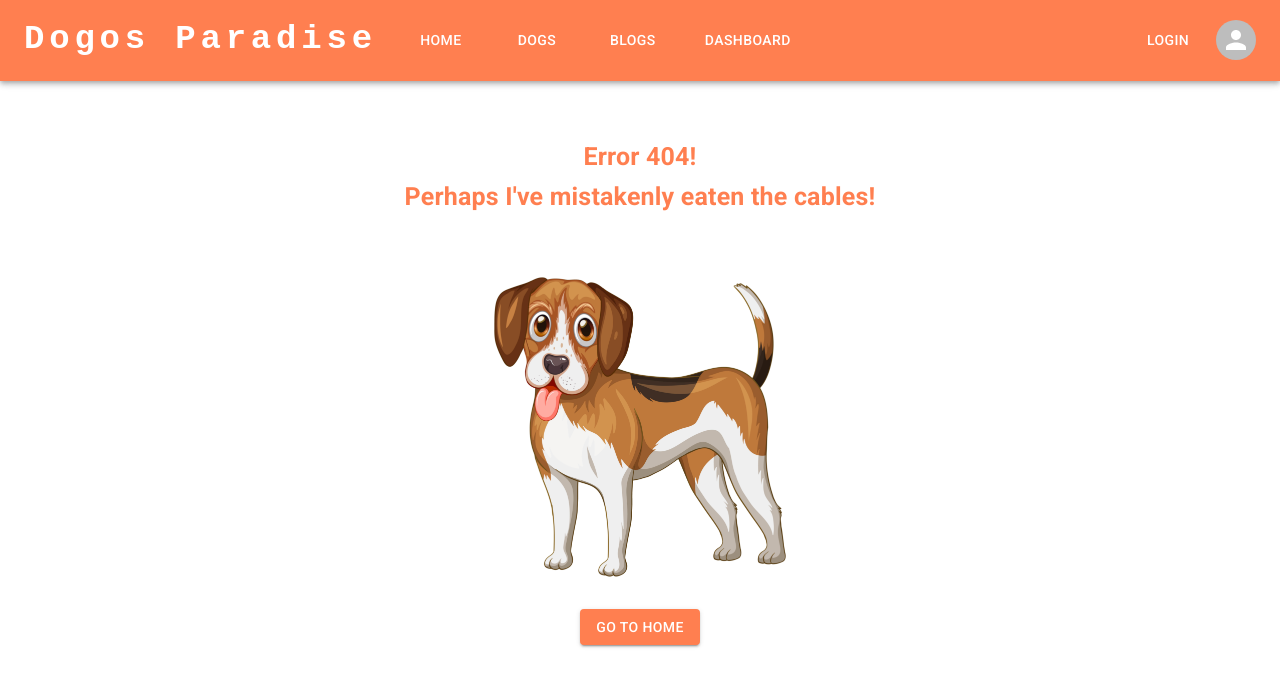
Repository: Sharif-00112/dogos-paradise-client
Page: /breeding
An editor plug-in stored every save of this project. The page is shown before and after the next save, followed by the edit.
The browser window is 1280 px wide. The pictures show the whole page.
The project was rebuilt for these pictures with package versions that can differ from the ones it lists, and the page was loaded fresh each time. Also part of the build but not shown: src/Pages/Shared/Footer/Footer.js, src/Pages/Home/About/About.js, src/Pages/Home/Banner/Banner.js, src/Pages/Home/Blogs/Blogs.js, src/Pages/Home/Contact/Contact.js, src/Pages/Home/CustomerReviews/CustomerReviews.js, src/Pages/Home/Dog/Dog.js, src/Pages/Home/Dogs/Dogs.js and 4 more.

Above is the page before, as saved 2022-12-05 23:42:03.

### public/index.html
<!DOCTYPE html>
<html lang="en">
  <head>
    <meta charset="utf-8" />
    <link rel="icon" href="%PUBLIC_URL%/favicon.ico" />
    <meta name="viewport" content="width=device-width, initial-scale=1" />
    <meta name="theme-color" content="#000000" />
    <meta
      name="description"
      content="Web site created using create-react-app"
    />
    <link
      rel="stylesheet" href="https://fonts.googleapis.com/css?family=Roboto:300,400,500,700&display=swap"
    />

    <link rel="apple-touch-icon" href="%PUBLIC_URL%/logo192.png" />
    <!--
      manifest.json provides metadata used when your web app is installed on a
      user's mobile device or desktop. See https://developers.google.com/web/fundamentals/web-app-manifest/
    -->
    <link rel="manifest" href="%PUBLIC_URL%/manifest.json" />
    <!--
      Notice the use of %PUBLIC_URL% in the tags above.
      It will be replaced with the URL of the `public` folder during the build.
      Only files inside the `public` folder can be referenced from the HTML.

      Unlike "/favicon.ico" or "favicon.ico", "%PUBLIC_URL%/favicon.ico" will
      work correctly both with client-side routing and a non-root public URL.
      Learn how to configure a non-root public URL by running `npm run build`.
    -->
    <title>React App</title>
  </head>
  <body>
    <noscript>You need to enable JavaScript to run this app.</noscript>
    <div id="root"></div>
    <!--
      This HTML file is a template.
      If you open it directly in the browser, you will see an empty page.

      You can add webfonts, meta tags, or analytics to this file.
      The build step will place the bundled scripts into the <body> tag.

      To begin the development, run `npm start` or `yarn start`.
      To create a production bundle, use `npm run build` or `yarn build`.
    -->
  </body>
</html>

### src/App.js
import React  from 'react';
import './App.css';
import { BrowserRouter as Router, Route, Routes} from 'react-router-dom';
import Home from './Pages/Home/Home/Home';
import Login from './Pages/Login/Login/Login';
import Register from './Pages/Login/Register/Register';
import AuthProvider from './contexts/AuthProvider/AuthProvider';
// import PrivateRoute from './Pages/Login/PrivateRoute/PrivateRoute';
import NotFound from './Pages/NotFound/NotFound';
import Contact from './Pages/Home/Contact/Contact';
import Story from './Pages/Home/Story/Story';
import CustomerReviews from './Pages/Home/CustomerReviews/CustomerReviews';
import Blogs from './Pages/Home/Blogs/Blogs';
import About from './Pages/Home/About/About';
import Dogs from './Pages/Home/Dogs/Dogs';
// import Footer from './Pages/Shared/Footer/Footer';
// import Dashboard from './Pages/Dashboard/Dashboard/Dashboard';

function App() {
  return (
    <div className="App">
      <AuthProvider>
        <Router>
          <Routes>
            <Route exact path = '/' element={<Home/>}/>
            <Route exact path = '/home' element={<Home/>}/>
            <Route exact path = '/login' element={<Login/>}/>
            <Route exact path = '/register' element={<Register/>}/>
            <Route exact path = '/contact' element={<Contact/>}/>
            <Route exact path = '/dogs' element={<Dogs/>}/>
            <Route exact path = '/story' element={<Story/>}/>
            <Route exact path = '/reviews' element={<CustomerReviews/>}/>
            <Route exact path = '/blogs' element={<Blogs/>}/>
            <Route exact path = '/about' element={<About/>}/>
            {/* <Route exact path = '/appointment' element = {
              <PrivateRoute>
                <Appointment></Appointment>
              </PrivateRoute>
            }> </Route> */}
            {/* <Route path = 'dashboard/*' element = {
              <PrivateRoute>
                <Dashboard></Dashboard>
              </PrivateRoute>
            }> </Route> */}
            <Route path = '*' element={<NotFound/>}/>
          </Routes>
          {/* <Footer></Footer> */}
        </Router>
      </AuthProvider>
    </div>
  );
}

export default App;

### src/contexts/AuthProvider/AuthProvider.js
import React from 'react';
import { createContext } from 'react';
import useFirebase from '../../hooks/useFirebase';

//step-1-context
export const AuthContext = createContext();

const AuthProvider = (props) => {
    //step-3-context
    const {children} = props;

    //step-5-context
    const allContexts = useFirebase();

    return (
        //step-2-context
        <AuthContext.Provider value={allContexts}>
            {children}
        </AuthContext.Provider>
    );
};

export default AuthProvider;

### src/Pages/NotFound/NotFound.js
import React from 'react';
import Typography from '@mui/material/Typography';
import { NavLink } from 'react-router-dom';
import { Button } from '@mui/material';
import errorIMG from '../../images/dog-404-error.jpg'
import Navigation from '../Shared/Navigation/Navigation';


const NotFound = () => {
    return (
        <div>
            <Navigation></Navigation>
            <Typography sx={{ my:7, fontSize: 25, fontWeight: 600 }} style={{color: 'coral'}} variant="h6" component="div">
                Error 404!
                <br />
                Perhaps I've mistakenly eaten the cables!
            </Typography>
            <img
                style={{width: 300 }}
                src={errorIMG}
                alt="404 Page Not Found!"
            />
            <br />
            <NavLink
                style={{ textDecoration:'none' }}
                to='/'>
                <Button variant="contained" sx={{ m:3 }} style={{ backgroundColor: 'coral' }}>Go to Home</Button>
            </NavLink>
        </div>
    );
};

export default NotFound;

### src/Pages/Shared/Navigation/Navigation.js
import React from 'react';
import AppBar from '@mui/material/AppBar';
import Box from '@mui/material/Box';
import Toolbar from '@mui/material/Toolbar';
import IconButton from '@mui/material/IconButton';
import Typography from '@mui/material/Typography';
import Menu from '@mui/material/Menu';
import MenuIcon from '@mui/icons-material/Menu';
import Container from '@mui/material/Container';
import Avatar from '@mui/material/Avatar';
import Button from '@mui/material/Button';
import Tooltip from '@mui/material/Tooltip';
import MenuItem from '@mui/material/MenuItem';
import { Link, NavLink } from 'react-router-dom';
import useAuth from '../../../hooks/useAuth';

const pages = [
    <Link
        style={{ textDecoration:'none', color:'white' }}
        to = '/home'>
        <Button sx={{mx:1}} color="inherit">Home</Button>
    </Link>,
    <Link
        style={{ textDecoration:'none', color:'white' }}
        to = '/dogs'>
        <Button sx={{mx:1}} color="inherit">Dogs</Button>
    </Link>,
    <Link
        style={{ textDecoration:'none', color:'white' }}
        to = '/blogs'>
        <Button sx={{mx:1}} color="inherit">Blogs</Button>
    </Link>,
    // <Link
    //     style={{ textDecoration:'none', color:'white' }}
    //     to = '/about'>
    //     <Button sx={{mx:1}} color="inherit">About</Button>
    // </Link>,
    // <Link
    //     style={{ textDecoration:'none', color:'white' }}
    //     to = '/contact'>
    //     <Button sx={{mx:1}} color="inherit">Contact</Button>
    // </Link>,
    <Link
        style={{ textDecoration:'none', color:'white' }}
        to = '/dashboard'>
        <Button sx={{mx:1}} color="inherit">Dashboard</Button>
    </Link>,
];
const settings = [
    <Link
        // style={{ textDecoration:'none', color:'white' }}
        style={{ textDecoration:'none' }}
        to = '/login'>
        {/* <Button color="inherit">Appointment</Button> */}
        Profile
    </Link>,
    <Link
        // style={{ textDecoration:'none', color:'white' }}
        style={{ textDecoration:'none' }}
        to = '/dashboard'>
        {/* <Button color="inherit">Appointment</Button> */}
        Dashboard
    </Link>
];

const Navigation = () => {
    const { user, logout } = useAuth();

    const [anchorElNav, setAnchorElNav] = React.useState(null);
    const [anchorElUser, setAnchorElUser] = React.useState(null);

    const handleOpenNavMenu = (event) => {
      setAnchorElNav(event.currentTarget);
    };
    const handleOpenUserMenu = (event) => {
      setAnchorElUser(event.currentTarget);
    };

    const handleCloseNavMenu = () => {
      setAnchorElNav(null);
    };

    const handleCloseUserMenu = () => {
      setAnchorElUser(null);
    };

    return (
        <div>
            <AppBar style={{backgroundColor: 'coral'}} position="static">
                <Container maxWidth="xl">
                    <Toolbar disableGutters>
                    {/* <AdbIcon sx={{ display: { xs: 'none', md: 'flex' }, mr: 1 }} /> */}
                    <Typography
                        variant="h4"
                        noWrap
                        component="a"
                        href="/"
                        sx={{
                        mr: 2,
                        display: { xs: 'none', md: 'flex' },
                        fontFamily: 'monospace',
                        fontWeight: 700,
                        letterSpacing: '.3rem',
                        color: 'inherit',
                        textDecoration: 'none',
                        }}
                    >
                        Dogos Paradise
                    </Typography>

                    <Box sx={{ flexGrow: 1, display: { xs: 'flex', md: 'none' } }}>
                        <IconButton
                        size="large"
                        aria-label="account of current user"
                        aria-controls="menu-appbar"
                        aria-haspopup="true"
                        onClick={handleOpenNavMenu}
                        color="inherit"
                        >
                        <MenuIcon />
                        </IconButton>
                        <Menu
                        id="menu-appbar"
                        anchorEl={anchorElNav}
                        anchorOrigin={{
                            vertical: 'bottom',
                            horizontal: 'left',
                        }}
                        keepMounted
                        transformOrigin={{
                            vertical: 'top',
                            horizontal: 'left',
                        }}
                        open={Boolean(anchorElNav)}
                        onClose={handleCloseNavMenu}
                        sx={{
                            display: { xs: 'block', md: 'none' }
                        }}
                        >
                        {pages.map((page) => (
                            <MenuItem style={{backgroundColor: 'gray'}} key={page} onClick={handleCloseNavMenu}>
                            <Typography textAlign="center">{page}</Typography>
                            </MenuItem>
                        ))}
                        </Menu>
                    </Box>
                    {/* <AdbIcon sx={{ display: { xs: 'flex', md: 'none' }, mr: 1 }} /> */}
                    <Typography
                        variant="h4"
                        noWrap
                        component="a"s
                        href="/"
                        sx={{
                        mr: 2,
                        display: { xs: 'flex', md: 'none' },
                        flexGrow: 1,
                        fontFamily: 'monospace',
                        fontWeight: 700,
                        letterSpacing: '.3rem',
                        color: 'inherit',
                        textDecoration: 'none',
                        }}
                    >
                        Dogos Paradise
                    </Typography>
                    <Box sx={{ flexGrow: 1, display: { xs: 'none', md: 'flex', color:'gray' } }}>
                        {pages.map((page) => (
                        <Button
                            key={page}
                            onClick={handleCloseNavMenu}
                            sx={{ my: 2, color: 'white', display: 'block' }}
                        >
                            {page}
                        </Button>
                        ))}
                    </Box>

                    {
                        user?.email ?
                        <NavLink
                            style={{ textDecoration:'none', color:'white' }}
                            to = '/login'>
                            <Button sx={{ mx:2 }} onClick={logout} color="inherit">Logout</Button>
                        </NavLink>
                        :
                        <NavLink
                            style={{ textDecoration:'none', color:'white' }}
                            to = '/login'>
                            <Button sx={{ mx:2 }} color="inherit">Login</Button>
                        </NavLink>
                    }

                    <Box sx={{ flexGrow: 0 }}>
                        <Tooltip title={user.email}>
                        <IconButton onClick={handleOpenUserMenu} sx={{ p: 0 }}>
                            <Avatar alt={user.email} src={user.photoURL} />
                        </IconButton>
                        </Tooltip>
                        <Menu
                        sx={{ mt: '45px' }}
                        id="menu-appbar"
                        anchorEl={anchorElUser}
                        anchorOrigin={{
                            vertical: 'top',
                            horizontal: 'right',
                        }}
                        keepMounted
                        transformOrigin={{
                            vertical: 'top',
                            horizontal: 'right',
                        }}
                        open={Boolean(anchorElUser)}
                        onClose={handleCloseUserMenu}
                        >
                        {settings.map((setting) => (
                            <MenuItem key={setting} onClick={handleCloseUserMenu}>
                            <Typography textAlign="center">{setting}</Typography>
                            </MenuItem>
                        ))}
                        </Menu>
                    </Box>
                    </Toolbar>
                </Container>
            </AppBar>
        </div>
    );
};

export default Navigation;

### src/hooks/useFirebase.js
import { useState } from "react";
import initializeAuthentication from "../Pages/Login/Firebase/firebase.initialize";
import { getAuth, signInWithPopup, GoogleAuthProvider, onAuthStateChanged, signOut, FacebookAuthProvider, createUserWithEmailAndPassword, signInWithEmailAndPassword, sendPasswordResetEmail, updatePassword, sendEmailVerification, updateProfile, getIdToken } from "firebase/auth";
import { useEffect } from "react";

initializeAuthentication();

const useFirebase = () =>{
    const [user, setUser] = useState({});
    const [error, setError] = useState('');
    const [name, setName] = useState('');
    const [email, setEmail] = useState('');
    const [password, setPassword] = useState('');
    const [isLoading, setIsLoading] = useState(true);
    const [admin, setAdmin] = useState(false);
    const [token, setToken] = useState('');

    const googleProvider = new GoogleAuthProvider();
    // const gitProvider = new GithubAuthProvider();
    const facebookProvider = new FacebookAuthProvider();
    const auth = getAuth();

    const signInUsingGoogle = () =>{
      setIsLoading(true);
      signInWithPopup(auth, googleProvider)
      .then((result) => {
          // This gives you a Google Access Token. You can use it to access the Google API.
          // const credential = GoogleAuthProvider.credentialFromResult(result);
          // const token = credential.accessToken;
          // The signed-in user info.
          setUser(result.user);
          // save user to the database
          saveUserToDB(result.user.email, result.user.displayName, 'PUT');
      }).catch((error) => {
          // Handle Errors here.
          setError(error.code);
          setError(error.message);
          // The email of the user's account used.
          setError(error.customData.email);
          // The AuthCredential type that was used.
          setError(GoogleAuthProvider.credentialFromError(error));
      }).finally(() =>{
        setIsLoading(false);
      });
    };

    const signInUsingFacebook = () =>{
      setIsLoading(true);
      signInWithPopup(auth, facebookProvider)
      .then((result) => {
        // The signed-in user info.
        setUser(result.user);
        // save user to the database
        saveUserToDB(result.user.email, result.user.displayName, 'PUT');

        // This gives you a Facebook Access Token. You can use it to access the Facebook API.
        // const credential = FacebookAuthProvider.credentialFromResult(result);
        // const accessToken = credential.accessToken;
      })
      .catch((error) => {
        // Handle Errors here.
        setError(error.code);
        setError(error.message);
        // The email of the user's account used.
        setError(error.customData.email);
        // The AuthCredential type that was used.
        setError(FacebookAuthProvider.credentialFromError(error));
      }).finally(() =>{
        setIsLoading(false);
      });
    };

    const customLogin = (email, password) =>{
      setIsLoading(true);
      signInWithEmailAndPassword(auth, email, password)
      .then((userCredential) => {
        // Signed in
        setUser(userCredential.user);
        setError('');
      })
      .catch((error) => {
        setError(error.code);
        setError(error.message);
      })
      .finally(() => setIsLoading(false));
    };

    const customRegister = (email, password) =>{
      setIsLoading(true);
      createUserWithEmailAndPassword(auth, email, password)
      .then((userCredential) => {
        // Signed in
        // const user = userCredential.user;
        // console.log(user);
        setUser(userCredential.user);
        // save user to the database
        saveUserToDB(userCredential.user.email, userCredential.user.displayName, 'POST')
        // clear error message
        setError('');
      })
      .catch((error) => {
        setError(error.code);
        setError(error.message);
      })
      .finally(() => setIsLoading(false));
    };

    const handleLoginSubmitBtn = e =>{
      e.preventDefault();
      // console.log(email, password);
      customLogin(email, password);
    }

    const handleRegisterSubmitBtn = e =>{
      e.preventDefault();
      // console.log(email, password);

      if(!/.{8,}/.test(password)){
        setError('Ensure password is of minimum length 8');
        return;
      }
      if(!/(?=.*[A-Z])/.test(password)){
        setError('Ensure password has minimum one uppercase letters');
        return;
      }
      if(!/(?=.*[!@#$%^&*()\-__+.])/.test(password)){
        setError('Ensure password has minimum one special case letter');
        return;
      }
      if(!/(?=.*[0-9])/.test(password)){
        setError('Ensure password has minimum one digits');
        return;
      }
      if(!/(?=.*[a-z])/.test(password)){
        setError('Ensure password has minimum one lowercase letters');
        return;
      }
      customRegister(email, password);
    }

    const handleNameChange = e =>{
      setName(e.target.value);
    }

    const handleEmailChange = e =>{
      setEmail(e.target.value);
    }

    const handlePasswordChange = e =>{
      setPassword(e.target.value);
    }

    const handleForgotPassword = () =>{
      sendPasswordResetEmail(auth, email)
      .then(() => {
        // Password reset email sent!
      })
      .catch((error) => {
        setError(error.code);
        setError(error.message);
      });
    }

    const handleChangePassword = () =>{
      const user = auth.currentUser;
      const newPassword = password;
      updatePassword(user, newPassword).then(() => {
        // Update successful.
      }).catch((error) => {
        setError(error.code);
        setError(error.message);
      });
    }

    const setUserName = () =>{
      updateProfile(auth.currentUser, {
        displayName: name
      }).then(() => {
        // Profile updated!
      }).catch((error) => {
        setError(error.code);
        setError(error.message);
      });
    }

    const verifyEmail = () =>{
      sendEmailVerification(auth.currentUser)
      .then(() => {
        // Email verification sent!
      }).catch((error) => {
        setError(error.code);
        setError(error.message);
      });
    }

    //observe user login change
    useEffect(()=>{
        const unsubscribe = onAuthStateChanged(auth, (user) => {
            if (user) {
              // User is signed in
              setUser(user);

              //JWT
              getIdToken(user)
              // .then(idToken => console.log(idToken))
              // .then(idToken => localStorage.setItem('idToken', idToken))
              .then(idToken => setToken(idToken))

            } else {
              // User is signed out
              setUser({});
            }
            setIsLoading(false);
          });
          return () => unsubscribe;
    },[auth]);

    // check Admin
    // useEffect( () =>{
    //   fetch(`http://localhost:3005/users/${user.email}`)
    //   .then(res => res.json())
    //   .then(data => setAdmin(data.admin))
    // } ,[user.email])

    const logout = () =>{
      setIsLoading(true);
      signOut(auth)
      .then(() => {
          // Sign-out successful.
          setUser({});
        }).catch((error) => {
          setError(error);
        }).finally(()=>{
          setIsLoading(false);
        });
    }

    const saveUserToDB = (email, displayName, method) =>{
      const user = {email, displayName};
      fetch('http://localhost:3005/users', {
          method: method,
          headers: {
              'content-type' : 'application/json'
          },
          body: JSON.stringify(user)
      })
      .then()
    }

    return {
      signInUsingGoogle,
      signInUsingFacebook,
      customLogin,
      customRegister,
      handleLoginSubmitBtn,
      handleRegisterSubmitBtn,
      handleNameChange,
      handleEmailChange,
      handlePasswordChange,
      handleForgotPassword,
      handleChangePassword,
      verifyEmail,
      setUserName,
      logout,
      user,
      admin,
      error,
      isLoading,
      token
    };
}

export default useFirebase;

### src/hooks/useAuth.js
//step-6-context

import { useContext } from "react"
import { AuthContext } from "../../src/contexts/AuthProvider/AuthProvider"

const useAuth = () =>{
    return useContext(AuthContext);
}

export default useAuth;

### src/Pages/Login/Firebase/firebase.initialize.js
import { initializeApp } from "firebase/app";
import firebaseConfig from "./firebase.config";

const initializeAuthentication = () =>{
    initializeApp(firebaseConfig);
}

export default initializeAuthentication;

### src/Pages/Login/Firebase/firebase.config.js
// console.log(process.env);

const firebaseConfig = {
  apiKey: process.env.REACT_APP_FIREBASE_API_KEY,
  authDomain: process.env.REACT_APP_FIREBASE_AUTH_DOMAIN,
  projectId: process.env.REACT_APP_FIREBASE_PROJECT_ID,
  storageBucket: process.env.REACT_APP_FIREBASE_STORAGE_BUCKET,
  messagingSenderId: process.env.REACT_APP_FIREBASE_MESSAGING_SENDER_ID,
  appId: process.env.REACT_APP_FIREBASE_APP_ID,
  measurementId: process.env.REACT_APP_FIREBASE_MEASUREMENT_ID
};

export default firebaseConfig;

// .env.local
// REACT_APP_FIREBASE_API_KEY=AIzaSyCGaQ8G2l5KeOKX4bAJ7MC19oWW_2vnTNQ
// REACT_APP_FIREBASE_AUTH_DOMAIN=dogos-paradise.firebaseapp.com
// REACT_APP_FIREBASE_PROJECT_ID=dogos-paradise
// REACT_APP_FIREBASE_STORAGE_BUCKET=dogos-paradise.appspot.com
// REACT_APP_FIREBASE_MESSAGING_SENDER_ID=824394057307
// REACT_APP_FIREBASE_APP_ID=1:824394057307:web:727ac0c86627b9544a617e
// REACT_APP_FIREBASE_MEASUREMENT_ID=G-DL8JJ6MYSD

// const firebaseConfig = {
  // apiKey: "AIzaSyCGaQ8G2l5KeOKX4bAJ7MC19oWW_2vnTNQ",
  // authDomain: "dogos-paradise.firebaseapp.com",
  // projectId: "dogos-paradise",
  // storageBucket: "dogos-paradise.appspot.com",
  // messagingSenderId: "824394057307",
  // appId: "1:824394057307:web:727ac0c86627b9544a617e",
  // measurementId: "G-DL8JJ6MYSD"
// };

Loaded but not shown: src/index.js (common file); src/index.css (common file); src/reportWebVitals.js (common file); src/App.css (common file)

After the next save:
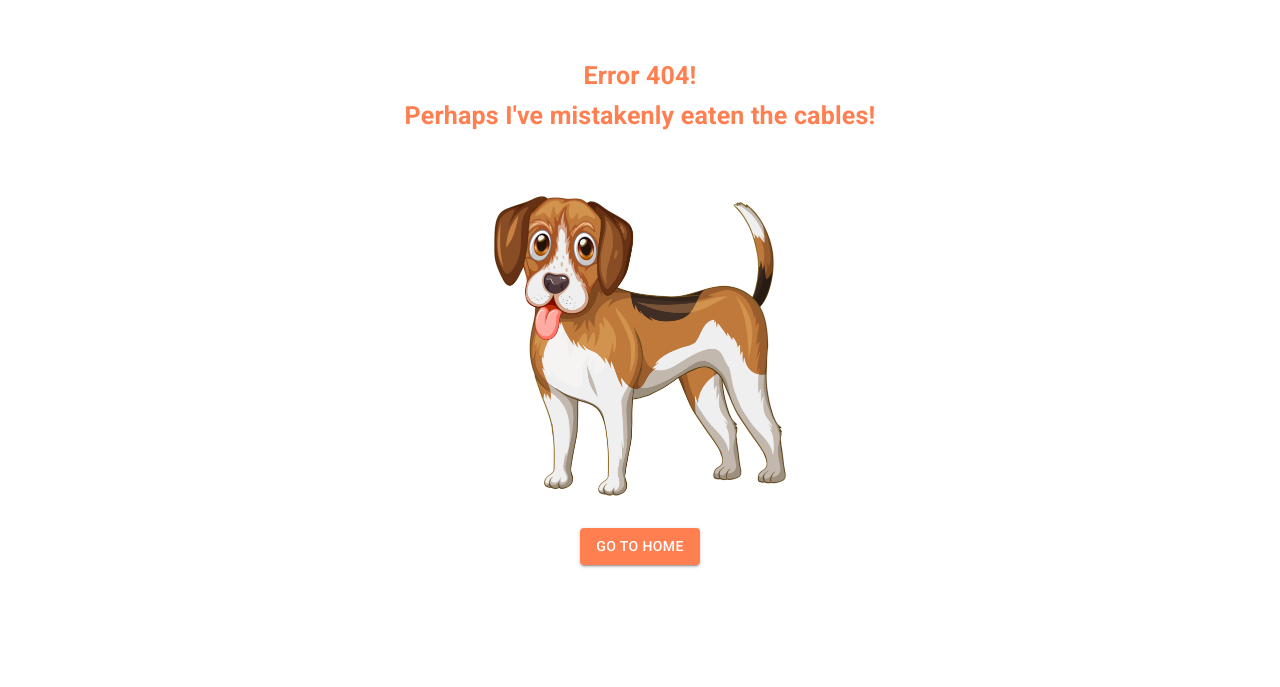
Saved 12 s later.
--- a/src/Pages/NotFound/NotFound.js
+++ b/src/Pages/NotFound/NotFound.js
@@ -3,13 +3,11 @@ import Typography from '@mui/material/Typography';
 import { NavLink } from 'react-router-dom';
 import { Button } from '@mui/material';
 import errorIMG from '../../images/dog-404-error.jpg'
-import Navigation from '../Shared/Navigation/Navigation';
 
 
 const NotFound = () => {
     return (
         <div>
-            <Navigation></Navigation>
             <Typography sx={{ my:7, fontSize: 25, fontWeight: 600 }} style={{color: 'coral'}} variant="h6" component="div">
                 Error 404!
                 <br />
